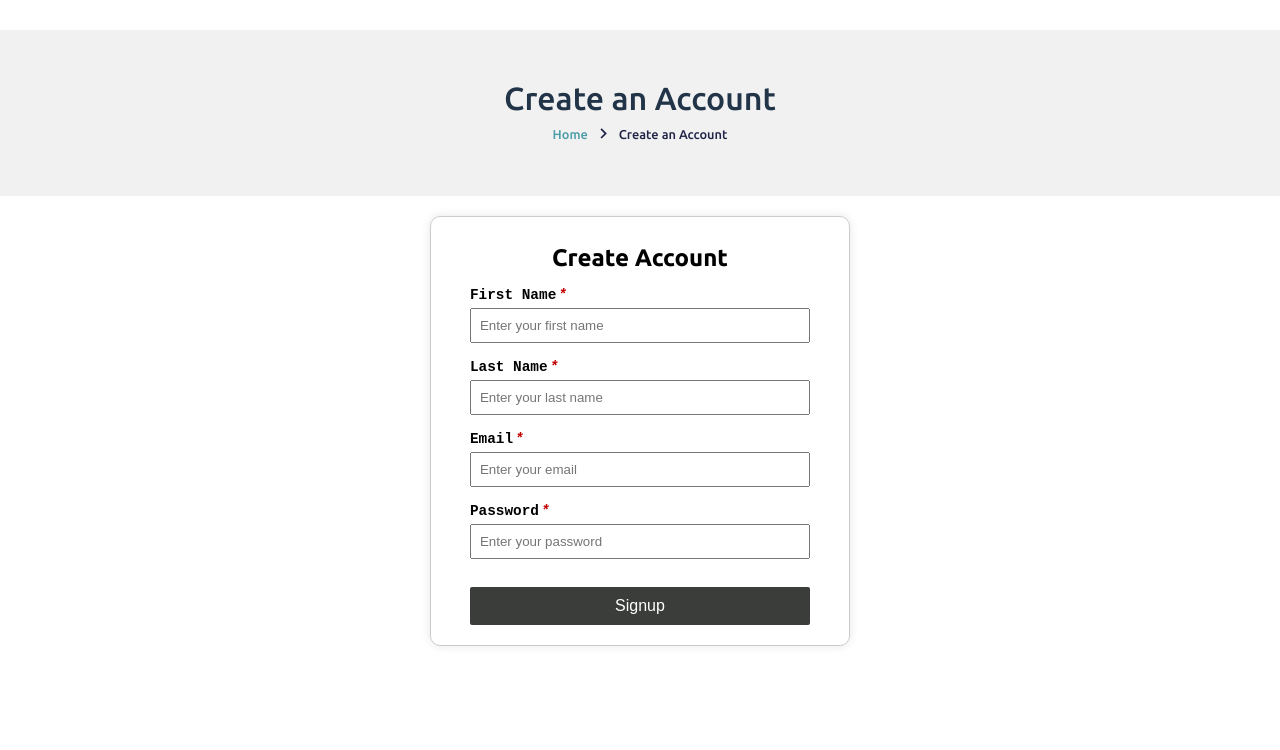
Repository: jkvekariya/Online-store-Management
Page: /auth/signup (app in frontend/client/)
An editor plug-in stored every save of this project. The page is shown before and after the next save, followed by the edit.
The browser window is 1280 px wide. The pictures show the whole page.
Some web fonts or font styles are not loaded; a fallback is used. The project was rebuilt for these pictures with package versions that can differ from the ones it lists, and the page was loaded fresh each time. Also part of the build but not shown: frontend/client/vite.config.js, frontend/client/src/css/header.css, frontend/client/src/css/sidebar.css, frontend/client/src/components/Sidebar.jsx, frontend/client/src/context/CartContext.jsx, frontend/client/src/components/Header.jsx, frontend/client/src/css/footer.css, frontend/client/src/components/Footer.jsx and 11 more.

Above is the page before, as saved 2026-01-02 14:48:03.

After the next save:
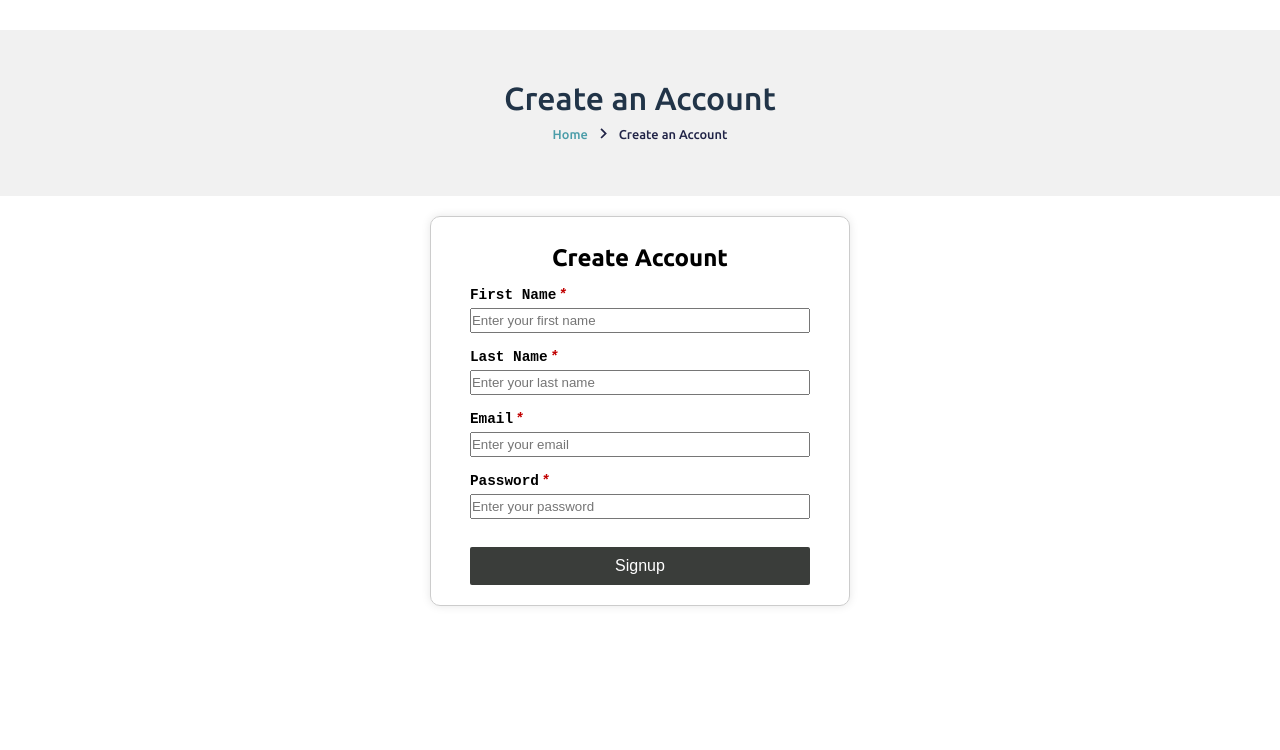
Saved 88 s later.
--- a/frontend/client/src/css/signup.css
+++ b/frontend/client/src/css/signup.css
@@ -64,6 +64,7 @@ label{
 input{
     /* padding: 8px; */
     width: 100%;
+    padding: 3px 0;
     margin-top: 5px;
     box-sizing: border-box;
 }
